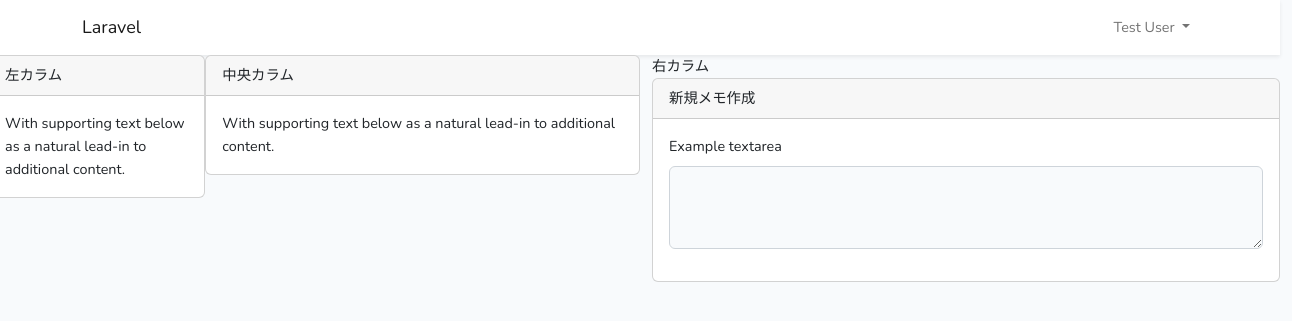
Repository: OkunoTaichi/laravel-simple-memo
Page: http://localhost/home
These files come from the project's save history. The page is drawn as it stood at one moment and after the next save; the edit follows.
The browser window is 1280 px wide. The page is 1292 px wide, so the pictures cover 1292 px, including what lies to the right of the window. The pictures show the whole page.
The page is served by the project's Laravel application, run on PHP 8.4 with Laravel 8. A made-up administrator, Test User (test@example.com), is signed in. Other server files are loaded and not shown. Queries for data that is not in the repository find no rows.

Above is the page before, as saved 2022-11-09 19:09:49.

### app/Providers/AppServiceProvider.php
<?php

namespace App\Providers;

use Illuminate\Support\ServiceProvider;
use App\Models\Memo;

class AppServiceProvider extends ServiceProvider
{
    /**
     * Register any application services.
     *
     * @return void
     */
    public function register()
    {
        //
    }

    /**
     * Bootstrap any application services.
     *
     * @return void
     */
    public function boot()
    {
        // 全てのメソッドが呼ばれる前より先に呼ばれるメソッド
        view()->composer('*' , function($view){
            $memos = Memo::select('memos.*')
                ->where('user_id', '=' , \Auth::id())//ユーザーIDとログインしているIDが同じもので
                ->whereNull('deleted_at')//デリートの履歴がないもので
                ->orderBy('updated_at', 'DESC')//アップデートされた日時が新しいものから
                ->get();// DBに架空のデータを作成し、上記の項目が正しくできているか確認する。

            $view->with('memos', $memos);
        });

    }
}

### app/Http/Controllers/HomeController.php
<?php

namespace App\Http\Controllers;

use Illuminate\Http\Request;

class HomeController extends Controller
{
    /**
     * Create a new controller instance.
     *
     * @return void
     */
    public function __construct()
    {
        $this->middleware('auth');
    }

    /**
     * Show the application dashboard.
     *
     * @return \Illuminate\Contracts\Support\Renderable
     */
    public function index()
    {
        return view('create');
    }
}

### resources/views/create.blade.php
@extends('layouts.app')

@section('content')
<div class="card">
    <div class="card-header">新規メモ作成</div>
    <form class="card-body" action="/store" method="POST">
        <div class="mb-3">
            <label for="exampleFormControlTextarea1" class="form-label">Example textarea</label>
            <textarea class="form-control" id="exampleFormControlTextarea1" rows="3"></textarea>
        </div>
    </form>
</div>
@endsection

### resources/views/layouts/app.blade.php
<!doctype html>
<html lang="{{ str_replace('_', '-', app()->getLocale()) }}">
<head>
    <meta charset="utf-8">
    <meta name="viewport" content="width=device-width, initial-scale=1">

    <!-- CSRF Token -->
    <meta name="csrf-token" content="{{ csrf_token() }}">

    <title>{{ config('app.name', 'Laravel') }}</title>

    <!-- Scripts -->
    <script src="{{ asset('js/app.js') }}" defer></script>

    <!-- Fonts -->
    <link rel="dns-prefetch" href="//fonts.gstatic.com">
    <link href="https://fonts.googleapis.com/css?family=Nunito" rel="stylesheet">

    <!-- Styles -->
    <link href="{{ asset('css/app.css') }}" rel="stylesheet">
</head>
<body>
    <div id="app">
        <nav class="navbar navbar-expand-md navbar-light bg-white shadow-sm">
            <div class="container">
                <a class="navbar-brand" href="{{ url('/') }}">
                    {{ config('app.name', 'Laravel') }}
                </a>
                <button class="navbar-toggler" type="button" data-bs-toggle="collapse" data-bs-target="#navbarSupportedContent" aria-controls="navbarSupportedContent" aria-expanded="false" aria-label="{{ __('Toggle navigation') }}">
                    <span class="navbar-toggler-icon"></span>
                </button>

                <div class="collapse navbar-collapse" id="navbarSupportedContent">
                    <!-- Left Side Of Navbar -->
                    <ul class="navbar-nav me-auto">

                    </ul>

                    <!-- Right Side Of Navbar -->
                    <ul class="navbar-nav ms-auto">
                        <!-- Authentication Links -->
                        @guest
                            @if (Route::has('login'))
                                <li class="nav-item">
                                    <a class="nav-link" href="{{ route('login') }}">{{ __('Login') }}</a>
                                </li>
                            @endif

                            @if (Route::has('register'))
                                <li class="nav-item">
                                    <a class="nav-link" href="{{ route('register') }}">{{ __('Register') }}</a>
                                </li>
                            @endif
                        @else
                            <li class="nav-item dropdown">
                                <a id="navbarDropdown" class="nav-link dropdown-toggle" href="#" role="button" data-bs-toggle="dropdown" aria-haspopup="true" aria-expanded="false" v-pre>
                                    {{ Auth::user()->name }}
                                </a>

                                <div class="dropdown-menu dropdown-menu-end" aria-labelledby="navbarDropdown">
                                    <a class="dropdown-item" href="{{ route('logout') }}"
                                       onclick="event.preventDefault();
                                                     document.getElementById('logout-form').submit();">
                                        {{ __('Logout') }}
                                    </a>

                                    <form id="logout-form" action="{{ route('logout') }}" method="POST" class="d-none">
                                        @csrf
                                    </form>
                                </div>
                            </li>
                        @endguest
                    </ul>
                </div>
            </div>
        </nav>

        <!-- 3カラムに変更 -->
        <main class="">
            <div class="row">
                <div class="col-md-2 p-0">
                    <div class="card">
                        <div class="card-header">左カラム</div>
                        <div class="card-body">
                            <p class="card-text">With supporting text below as a natural lead-in to additional content.</p>
                        </div>
                    </div>
                </div>
                <div class="col-md-4 p-0">
                    <div class="card">
                        <div class="card-header">中央カラム</div>
                        <div class="card-body">
                            <p class="card-text">With supporting text below as a natural lead-in to additional content.</p>
                        </div>
                    </div>
                </div>
                <div class="col-md-6">
                    右カラム
                    @yield('content')
                </div>
            </div>
        </main>
    </div>
</body>
</html>

Loaded but not shown: routes/web.php (common file); app/Http/Controllers/Auth/ConfirmPasswordController.php (common file); app/Http/Controllers/Controller.php (common file); app/Models/User.php (common file); app/Models/Memo.php (common file); public/css/app.css (library)

After the next save:
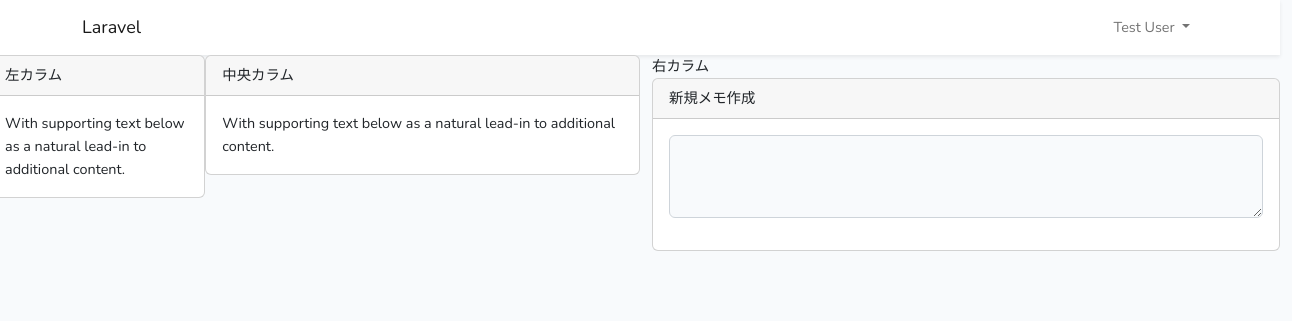
Saved 20 s later.
--- a/resources/views/create.blade.php
+++ b/resources/views/create.blade.php
@@ -5,7 +5,6 @@
     <div class="card-header">新規メモ作成</div>
     <form class="card-body" action="/store" method="POST">
         <div class="mb-3">
-            <label for="exampleFormControlTextarea1" class="form-label">Example textarea</label>
             <textarea class="form-control" id="exampleFormControlTextarea1" rows="3"></textarea>
         </div>
     </form>
